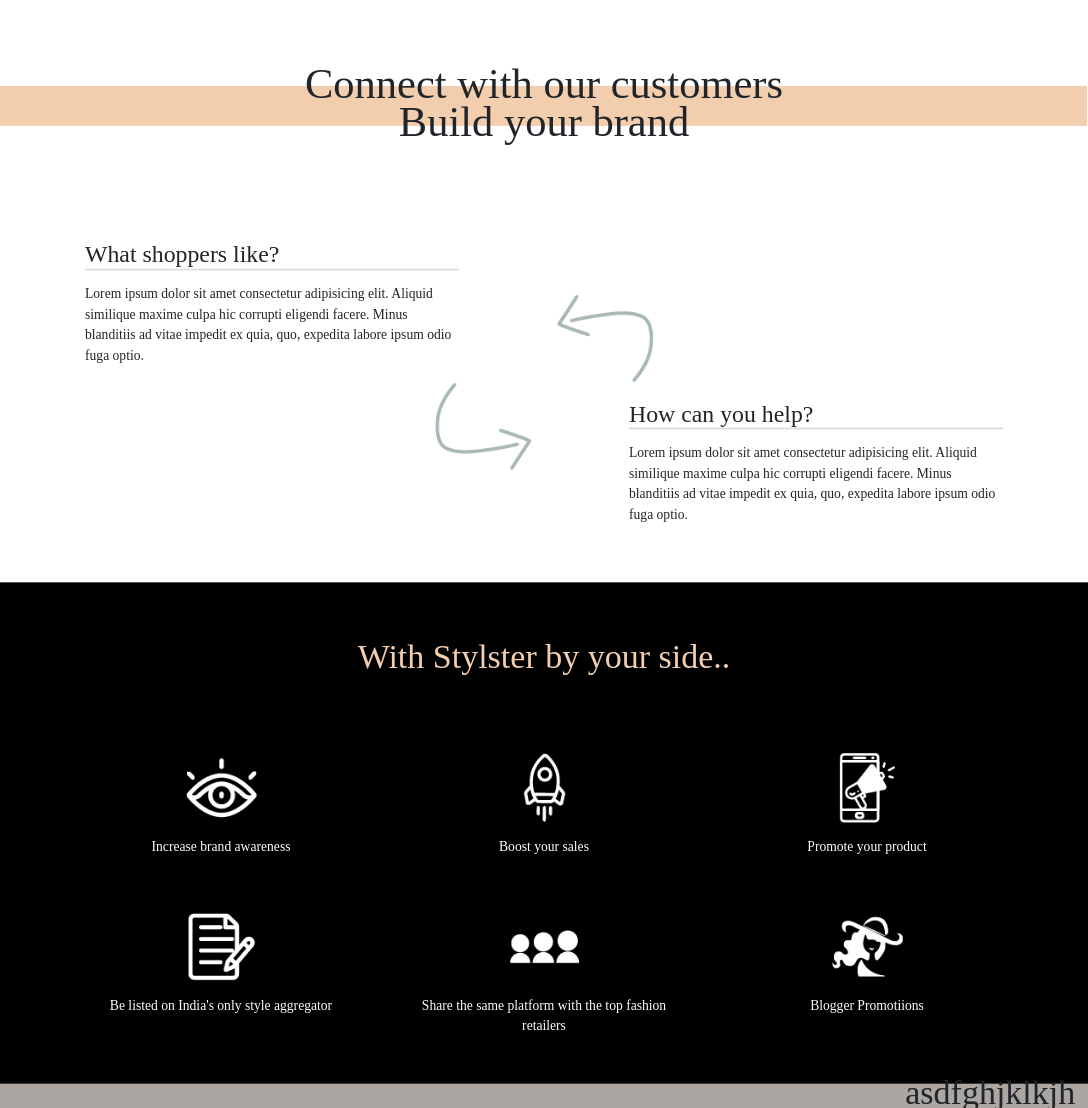
Repository: Lovekr/stylester
Page: stylster_frontend_design/partnership.html
These files come from the project's save history. The page is drawn as it stood at one moment and after the next save; the edit follows.
The browser window is 1280 px wide. The pictures show the part of the page from y = 806 to 2109 px (the page is 3266 px tall), at 85% of full size.
A picture or video elsewhere on the page could not be fetched, so the positions and the page height are approximate. Some web fonts or font styles are not loaded; a fallback is used.

Above is the page before, as saved 2020-03-09 16:13:23.

### stylster_frontend_design/partnership.html
<!DOCTYPE html>
<html lang="en">
<head>
    <meta charset="UTF-8">
    <meta name="viewport" content="width=device-width, initial-scale=1.0">
    <link rel="stylesheet" href="https://stackpath.bootstrapcdn.com/bootstrap/4.4.1/css/bootstrap.min.css" >
     <link rel="stylesheet" href="./css/owl.carousel.css">
     <link rel="stylesheet" href="./css//owl.theme.default.min.css">
     <link rel="stylesheet" href="https://cdnjs.cloudflare.com/ajax/libs/font-awesome/4.7.0/css/font-awesome.min.css">
    <link rel="stylesheet" href="./css/partnership.css">

    <title>STYLSTER</title>
</head>
<body>


    <div id="navbar">
        <nav class="navbar navbar-expand-lg navbar-light">
            <img class="pr-3"
            src="./asset/stylster logo1-01.svg"><a class="navbar-brand" href="#">STYLSTER</a>

          <button class="navbar-toggler" type="button" data-toggle="collapse" data-target="#navbarSupportedContent" aria-controls="navbarSupportedContent" aria-expanded="false" aria-label="Toggle navigation">
            <span class="navbar-toggler-icon"></span>
        </button>
            <div class="collapse navbar-collapse" id="navbarSupportedContent">
              <input type="text" placeholder="e.g. T-shirt, Top ...">
              <div class="navbar-manu-inside">
                <a href="#">MEN</a>
                <a href="#">WOMEN</a>
                <a href="#">DEALS</a>
                <a href="#">STYLE PICK</a>
                <a href="#">BLOGGER NETWORK</a>
                <a href="#">ABOUT</a>
              </div>
              <div class="displaynone1000">
                <div>
                    <i class="fa fa-facebook-square"></i>
                    <i class="fa fa-instagram"></i>
                    <i class="fa fa-pinterest-square"></i>
                    <i class="fa fa-youtube"></i>
                  </div>
                  <div class="flexIcon">
                    <img src="./asset/nav icon/navHeart.png">
                      <img src="./asset/nav icon/navUser.png">
                  </div>
              </div>
            </div>

        </nav>
        <div class="navbar-manu">
          <a href="#">MEN</a>
          <a href="#">WOMEN</a>
          <a href="#">DEALS</a>
          <a href="#">STYLE PICK</a>
          <a href="#">BLOGGER NETWORK</a>
          <a href="#">ABOUT</a>
        </div>
    </div>


    <div class="displayImage">
        <div class="container-fluid">
            <div class="row">
                <div class="floatImg">
                    <img class="img-fluid" src="https://images.unsplash.com/photo-1504276048855-f3d60e69632f?ixlib">
                </div>


                <div class="col-sm-12 col-md-10 blogdisplay">
                    <div class="blogDisplayHeader">
                        <h1>Increase sales <br>& build<br> awareness</h1>
                        <h4 class="textfont">Join India's one and only fashion
                        style aggregator and have your
                         best products featured alongside
                          the top fashion retailers</h4>
                        <button type="button" class="btn ">Join Now</button>
                    </div>
                </div>
                <div class="col-md-2">
                    <div class="dispHide"></div>
                </div>
            </div>
        </div>
    </div>

    <div class="container-fluid connect my-5">
        <div class="connect-header text-center py-5">
            <p class="textbackground">Connect with our customers <br>
            Build your brand</p>
        </div>

        <div class="row mt-5">
            <div class="col-sm-6 col-xs-12 pad50">
                <h3  class="mb-3">What shoppers like?</h3>
                <p>Lorem ipsum dolor sit amet consectetur adipisicing elit. Aliquid similique maxime culpa hic corrupti
                    eligendi facere. Minus blanditiis ad vitae impedit ex quia,
                    quo, expedita labore ipsum odio fuga optio.
                </p>
            </div>
            <div class="col-sm-6 col-xs-12">
                <img class="img-fluid float-bottom" src="./asset/to-left.png">
            </div>
            <div class="col-sm-6 col-xs-12">
                <img class="img-fluid float-right" src="./asset/to-right.png">
            </div>
            <div class="col-sm-6 col-xs-12 pad50">
                <h3 class="mb-3">How can you help?</h3>
                <p>Lorem ipsum dolor sit amet consectetur adipisicing elit. Aliquid similique maxime culpa hic corrupti
                    eligendi facere. Minus blanditiis ad vitae impedit ex quia,
                    quo, expedita labore ipsum odio fuga optio.
                </p>
            </div>
        </div>


    </div>



    <div class="container-fluid bgblack p-3">
        <div class="container">
            <h1 class="header text-center py-5 headercolor">With Stylster by your side..</h1>
            <div class="row mt-3">
                <div class="col-md-4 col-sm-6 text-center p-4">
                    <img class="img-fluid" src="./asset/partnership/stylster png-03.png">
                    <p class="py-3">Increase brand awareness</p>
                </div>
                <div class="col-md-4 col-sm-6 text-center p-4">
                    <img class="img-fluid" src="./asset/partnership/stylster png-02.png">
                    <p class="py-3">Boost your sales</p>
                </div>
                <div class="col-md-4 col-sm-6 text-center p-4">
                    <img class="img-fluid" src="./asset/partnership/stylster png-04.png">
                    <p class="py-3">Promote your product</p>
                </div>
                <div class="col-md-4 col-sm-6 text-center p-4">
                    <img class="img-fluid" src="./asset/partnership/stylster png-01.png">
                    <p class="py-3">Be listed on India's only style aggregator</p>
                </div>
                <div class="col-md-4 col-sm-6 text-center p-4">
                    <img class="img-fluid" src="./asset/partnership/stylster png-05.png">
                    <p class="py-3">Share the same platform with the top fashion retailers</p>
                </div>
                <div class="col-md-4 col-sm-6 text-center p-4">
                    <img class="img-fluid" src="./asset/partnership/stylster png-06.png">
                    <p class="py-3">Blogger Promotiions</p>
                </div>
            </div>
        </div>
    </div>
<h1 class="affiliated">asdfghjklkjh</h1>
    <div class="container-fluid py-5 backgroundcolr">
        <div class="row">
            <div class="col-md-4 col-xs-12">
                <img class="img-fluid" src="./asset/female shopping-01.png">
            </div>
            <div class="col-md-8 col-xs-12">
                <div class="row text-center">
                    <div class="col-md-3 col-sm-6">
                        <img class="img-fluid" src="./asset/all brand logos/all brand logos-01.svg">
                    </div>
                    <div class="col-md-3 col-sm-6">
                        <img class="img-fluid" src="./asset/all brand logos/all brand logos-02.svg">
                    </div>
                    <div class="col-md-3 col-sm-6">
                        <img class="img-fluid" src="./asset/all brand logos/all brand logos-03.svg">
                    </div>
                    <div class="col-md-3 col-sm-6">
                        <img class="img-fluid" src="./asset/all brand logos/all brand logos-04.svg">
                    </div>
                    <div class="col-md-3 col-sm-6">
                        <img class="img-fluid" src="./asset/all brand logos/all brand logos-05.svg">
                    </div>
                    <div class="col-md-3 col-sm-6">
                        <img class="img-fluid" src="./asset/all brand logos/all brand logos-06.svg">
                    </div>
                    <div class="col-md-3 col-sm-6">
                        <img class="img-fluid" src="./asset/all brand logos/all brand logos-12.svg">
                    </div>
                    <div class="col-md-3 col-sm-6">
                        <img class="img-fluid" src="./asset/all brand logos/all brand logos-07.svg">
                    </div>
                        <div class="col-md-3 col-sm-6">
                            <img class="img-fluid" src="./asset/all brand logos/all brand logos-08.svg">
                    </div>
                      <div class="col-md-3 col-sm-6">
                        <img class="img-fluid" src="./asset/all brand logos/all brand logos-09.svg">
                    </div>
                    <div class="col-md-3 col-sm-6">
                        <img class="img-fluid" src="./asset/all brand logos/all brand logos-10.svg">
                    </div>
                    <div class="col-md-3 col-sm-6">
                        <img class="img-fluid" src="./asset/all brand logos/all brand logos-11.svg">
                    </div>
                </div>
            </div>
        </div>
</div>


<div class="container-fluid py-5 backgroundimg">
    <h1 class="textfont">"Coming together is a begining"</h1>
    <h1 class="paddingLeft textfont">Staying together is progress</h1>
    <h1 class="textfont">& working together is success"</h1>
    <div class="button12 py-5 text-center">
        <button class="btn">JOIN NOW</button>
    </div>
</div>



<div id="footer" class="container-fluid">
    <div class="row">
        <div class="col-xs-12 col-sm-6 col-md-3 rline">
            <h3 class="footer-stylster headingfont footertext"><img class="pr-3 " src="./asset/stylster logo1-01.svg">STYLSTER</h1>

        </div>
        <div class="col-xs-12 col-sm-6 col-md-3 rline rline3">
            <h3>CUSTOMER CARE</h3>
            <ul>
                <li><a href="#">Shopping Policy ></a></li>
                <li><a href="#">Return Policy ></a></li>
                <li><a href="#">Contact Us ></a></li>
                <li><a href="#">About Us ></a></li>
            </ul>

        </div>
        <div class="col-xs-12 col-sm-6 col-md-3 rline">
            <h3>VISIT OUR STORE</h3>
            <ul>
                <li><a href="#">500 Terry Francois Street ></a></li>
                <li><a href="#">San Francisco, CA 94158 ></a></li>

            </ul>
        </div>
        <div class="col-xs-12 col-sm-6 col-md-3 rline2">
            <h3>STAY CONNECTED</h3>
            <div class="mt-4">
                <a href="#"><i class="fa fa-facebook-square fa-2x pr-2"></i></a>
                <a href="#"><i class="fa fa-instagram fa-2x pr-2"></i></a>
                <a href="#"><i class="fa fa-twitter-square fa-2x pr-2"></i></a>
                <a href="#"><i class="fa fa-youtube fa-2x "></i></a>

            </div>
        </div>
    </div>
</div>

<script src="https://code.jquery.com/jquery-3.4.1.slim.min.js" ></script>
<script src="https://cdn.jsdelivr.net/npm/popper.js@1.16.0/dist/umd/popper.min.js" ></script>
<script src="https://stackpath.bootstrapcdn.com/bootstrap/4.4.1/js/bootstrap.min.js" ></script>



</body>
</html>

### stylster_frontend_design/css/partnership.css
@import url('https://fonts.googleapis.com/css?family=Allerta+Stencil&display=swap');
html *
{
    font-family: 'Allerta Stencil';

}
*{
    margin: 0;
    padding: 0;
}
h1,h2,h3,h4,h5,h6,p{
    padding: 0px;
    margin: 0px;
}


/* navbar */

#navbar{
    background-color: white !important;
}
#navbar .navbar-brand{
    font-size: 40px;
    font-weight: 500;
}
#navbar i{
    margin-right: 10px;
    font-size: 20px;
}

#navbar{
    z-index: 9999;
}
#navbar .nav-link{
    color: black;
    margin:0px 20px 0px 20px;
    text-decoration: underline;
    font-weight: 500;
}

#navbar input{
    width: 65%;
    margin:auto 200px auto 30px;
     outline: 0;
    border-width: 0 0 2px;
    border-color: rgb(54, 53, 53);
}
  .floatImg img{
    border-radius: 12px;
  }
  ::placeholder {
    color:white !important;
}

  #navbar input:focus {
    border-color: black
  }
  #navbar input::placeholder{
    color: rgb(102, 99, 99) !important;
    padding-left: 10px;
}
.navbar-manu{
    display: flex;
    justify-content: center;
}
.navbar-manu a{
    margin: 10px 50px;
}
.navbar-manu a{
    color: black !important;
   font-weight: 500;
}
.navbar-manu a:hover{
    text-decoration: underline;
}
.fa-facebook-square {
    color: #3b5998;
  }
.fa-instagram {
    color: #B43E8E;
}
.fa-pinterest-square {
    color: #bd081c;
}
.fa-youtube {
      color: #FF0000;
}
.fa-twitter-square {
    color: #1da1f2;
  }
.flexIcon{
    display: flex;
    justify-content: center;
    width: 100%;
}
.flexIcon i{

    width: 30px;
    padding: 3px  7px;
    height: 25px;
 }
 .flexIcon img{

    width: 40px;
    padding-right: 10px;
    }
@media only screen and (min-width: 1000px){
    .navbar-manu-inside{
        display: none;
    }
}

@media only screen and (max-width: 1000px){
    .displaynone1000{
        display: none;
    }
    .navbar-manu{
        display: none;

    }

    .navbar-manu-inside {
        display: flex;
        flex-direction: column;
        margin: 20px 0px 20px 30px;
        padding: 20px 0px;
    }

    .navbar-manu-inside a{
            margin: 10px 0px;
            color: black !important;
            font-weight: 500;
    }

}
@media only screen and (max-width: 1024px){
    #navbar input {
    width: 50%;
    }
    .navbar-manu a {
        margin: 10px 20px;
    }
}

@media only screen and (max-width: 770px){
    #navbar input {
        width: 70%;
    }
}

@media only screen and (max-width: 450px){
    #navbar input {
        width: 100%;
        margin:auto;
        margin-top: 15px;
    }
}
.blogDisplayText{
    padding-right: 200px ;
}
.blogdisplay{
    background: url("../asset/stylster BG-new updated grey-01.svg");
    background-repeat: no-repeat;
    background-size: cover;
    width: 100%;
    height:90vh ;

}

.floatImg img {

    border-radius: 20px;
}
.blogdisplay .blogDisplayText {
    color: #c1a693;
    font-size: 20px;

}

.blogDisplayHeader{
    color: #c1a693;
    width: 70%;
    padding: 50px 20px 30px 10px;
}
.blogDisplayHeader h1{
    font-size: 60px;
  padding-bottom: 30px;
}
.blogDisplayHeader h4{
    line-height: 40px;
    color: #c1a693;
}
.blogDisplayHeader  .btn{
  border: 2px solid white;
  background: transparent;
  color: white;
  font-size: 25px;
  margin-top: 30px;
  float: right;
  font-weight: 500;
}

.blogDisplayHeader .btn:hover {
    background: rgb(255, 255, 255);
    color: black;
    font-weight: 500;
}
.floatImg{
    position: absolute;
    z-index: 99;
    right: 5%;
    top: 100px;
    }

.floatImg img{
    height: 500px !important;

}
@media only screen and (max-width: 800px){
    .floatImg img {
        height: 400px !important;
    }
  .blogDisplayHeader h1 {
      font-size: 40px;
  }

}

.benefit .benefit-title h3{
  font-size: 50px;
  display: flex;
  justify-content: center;
}
.network .container{
background-color: black;
color:white;}

.network h1{
  color: rgb(255, 176, 205);
}
.bg-pink{
  background-color:rgb(245, 188, 210) ;
  padding: 5px;
}

.network  .btn{
 border: 2px solid white;
  background: transparent;
  color: white;
  font-size: 25px;
}

.network .btn:hover {
    background: rgb(255, 255, 255);
    color: black;
    font-weight: 500;
}

.affiliated{
    position: absolute;
    right: 0px;
    padding: 7px 15px;
    margin-top: -20px;
    background-color: F2CEAE;
}



.bgOuter{
    width: 110%;
}
.bgOuterl{
  margin-left: -60px;
  padding-left: 60px;
}

.blogDisplayHeader h4 {
    font-size: 16px;
    line-height: 30px;
}

.connect-header p{
    font-size: 50px;
    line-height: 45px;

}

.connect .row .pad50{
     padding: 20px 100px;
}

.connect .row .pad50 h3{
    border-bottom: 2px solid gainsboro;
}


.float-bottom{
    position: absolute;
    bottom: 0px;
}


.bgblack{
    background-color: black;
    color: white;
}

.bgColor{
    background-color: antiquewhite;
    max-width: 100%;
    padding-left: 50px;
}
.bgColor h1{
    font-size: 60px;

}
.paddingLeft{
    padding-left: 295px;
}

.button12 .btn{
    background-color: black;
    color: white;
    padding: 10px 35px;
    font-weight: 500;
    font-size: 25px;
}
.button12 .btn:hover{
    background-color: gray;
    color: black;
}

#footer {
    margin-top: 0px !important;
}
.footertext{
    color: black !important;
}


#footer .row{
    padding: 70px;

}

#footer{
    margin-top: 60px;
    background-color: rgb(228, 226, 225);
}
/* .footer-stylster{
    line-height: 0;
} */
#footer ul {
    list-style: none;
}
#footer a,#footer h3{
    color: gray;
}
#footer a:hover{
    color: black;
    font-weight: 500;
}

.rline{
    border-right: 1px solid gray;

}

#footer ul li{
    padding: 10px;
}
#footer h3{
    margin-bottom: 30px;
}


@media only screen and (min-width: 1024px){
    .blogdisplay {

        height: 100vh;
    }
}

@media only screen and (max-width: 1024px){
    .blogDisplayHeader {

        padding: 150px 80px 30px 10px;
    }
    .blogdisplay {

        height: 80vh;
    }
    .blogDisplayHeader .btn {

        margin-top: 100px;
    }
    .bgColor h1 {
        font-size: 50px;
    }
    .connect .row .pad50 {
        padding: 20px 50px;
    }
    #footer ul li {
        padding: 0px;
    }


}

@media only screen and (max-width: 800px){

    .floatImg img {
        margin-top: 0px;
   }
   .blogDisplayText {
    padding-right: 100px;
}
 #footer .row {
        padding: 20px;
    }
    .bgColor h1 {
        font-size: 40px;
    }
    #footer h3{
        font-size: 20px !important;
    }
    .connect-header{
        padding: 0 !important;
    }

}
@media only screen and (max-width: 450px){
    .dispHide{
        display: none !important;
         }
.textbackground:before {
    display: none !important;
}
.blogDisplayText{
    padding-right: 0px;
}
    .floatImg img {
        display: none;
    }
    .blogDisplayHeader {
        padding: 50px 0px 30px 10px;
    }
    .connect-header p {
        font-size: 40px;
        line-height: 40px;
    }
    .connect img{
        display: none;
    }
    .bgColor h1 {
        font-size: 20px;
    }.bgColor {
        padding-left: 30px;
    }
    .paddingLeft {
        padding-left: 50px;
    }
    .footer {
        border: none;
    }
    .rline {
        border-right: none;
    }
    .blogDisplayHeader .btn {
        margin-top: 30px;
    }
    .blogdisplay {
        height: 90vh !important;
    }
}

@media only screen and (max-width: 360px){

    .blogDisplayHeader h1 {
    font-size: 30px;
    line-height: 35px;
    }
    .navbar img {
        padding: 0 !important;
    }
}

.displayImage{
    position: relative;
}
.dispHide{
    background-color: bisque;
    height: 250px;
    width: 91%;
    display: flex;
    align-items: center;
    margin-top: 222px;
     }
@media only screen and (min-width: 1100px){
    .blogdisplay {

        height: 90vh;
    }
}

.backgroundimg {
    background: url("../asset/brown\ leaf-01.svg");
    background-size: cover;
    width: 100%;
}
.blogDisplayHeader .textfont {
    font-size: 22px;
}
.backgroundcolr {
    background-color: #ABA6A1;
}
.textbackground:before {
    position: absolute;
    width: 100%;
    height: 17px;
    top: auto;
    left: 70%;
    border-top: 47px solid #F2CEAE;
    z-index: -7;
    content: "";
    position: absolute;
    display: block;
    overflow: hidden;
    left: -1px;
    margin-top: 25px;
}
.bgblack .headercolor {
    color: #F2CEAE;
}

Loaded but not shown: stylster_frontend_design/css/owl.carousel.css (library); stylster_frontend_design/css/owl.theme.default.min.css (common file)

After the next save:
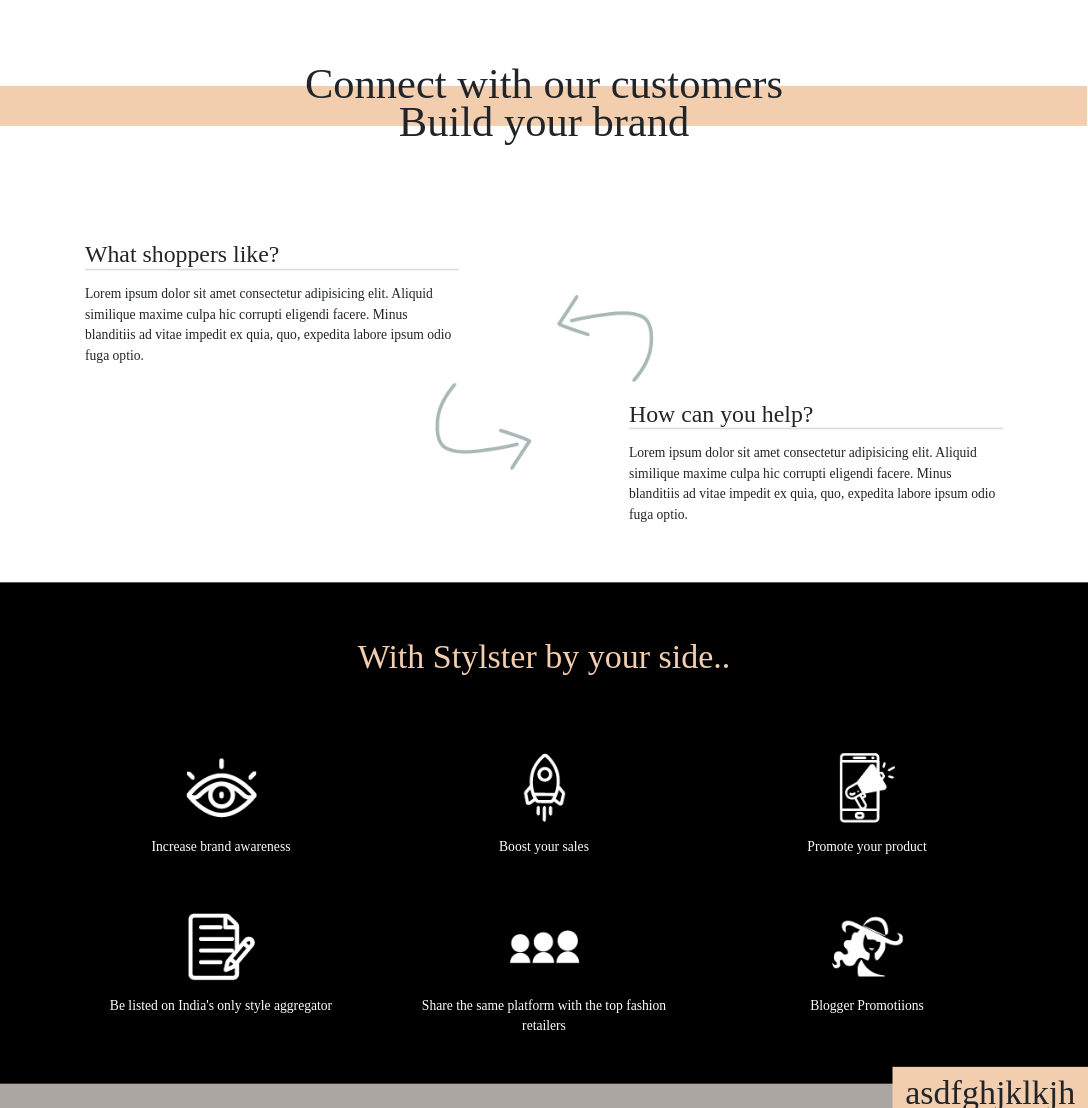
Saved 4 s later.
--- a/stylster_frontend_design/css/partnership.css
+++ b/stylster_frontend_design/css/partnership.css
@@ -261,7 +261,7 @@
     right: 0px;
     padding: 7px 15px;
     margin-top: -20px;
-    background-color: F2CEAE;
+    background-color: #F2CEAE;
 }
 
 
